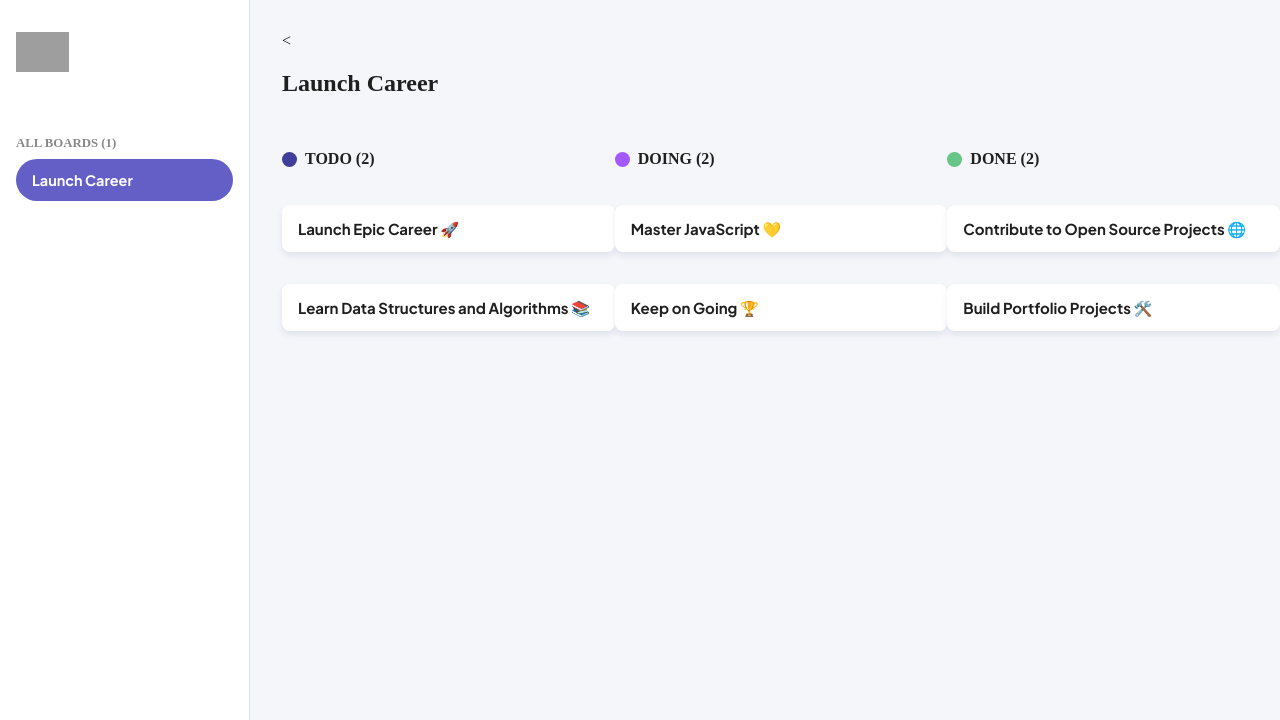
Repository: andajonas/ANDJON25111_fto2502_A2_Anda_Jonas_JSL01
Page: index.html
The author's editor kept a copy of each file at every save. The page is drawn from the files as they stood at one save, then again after a run of saves.
The browser window is 1280 px wide. The pictures show the whole page.
Pictures or frames that could not be fetched are drawn as grey boxes.

Above is the page before, as saved 2025-04-25 13:05:41.

### index.html
<html lang="en">
  <head>
    <meta charset="UTF-8" />
    <meta name="viewport" content="width=device-width, initial-scale=1.0" />
    <title>Kanban Board</title>
    <link rel="stylesheet" href="style.css" />
  </head>

  <body>
    <div class="kanban-container">
      <!-- Sidebar -->
      <nav class="sidebar">
        <div class="logo">
      <img src="assets/logo-light.svg" alt="Kanban logo">
        </div>
        <div class="board-list">
          <h4>ALL BOARDS (1)</h4>
          <button class="board-btn">Launch Career</button>
        </div>
      </nav>

      <!-- Main Board Section -->
      <div class="main-board">
        <
          <h2 class="board-title">Launch Career</h2>
        </header>

        <main class="columns">
          <!-- TO DO Column -->
          <div class="column">
            <div class="column-header">
              <span class="dot todo"></span>
              <h4>TODO (2)</h4>
            </div>
            <div class="card-container">
              <div class="card">Launch Epic Career 🚀</div>
              <div class="card">Learn Data Structures and Algorithms 📚</div>
            </div>
          </div>

          <!-- DOING Column -->
          <div class="column">
            <div class="column-header">
              <span class="dot doing"></span>
              <h4>DOING (2)</h4>
            </div>
            <div class="card-container">
              <div class="card">Master JavaScript 💛</div>
              <div class="card">Keep on Going 🏆</div>
            </div>
          </div>

          <!-- DONE Column -->
          <div class="column">
            <div class="column-header">
              <span class="dot done"></span>
              <h4>DONE (2)</h4>
            </div>
            <div class="card-container">
              <div class="card">Contribute to Open Source Projects 🌐</div>
              <div class="card">Build Portfolio Projects 🛠️</div>
            </div>
          </div>
        </main>
      </div>
    </div>
  </body>
</html>

### style.css
@import url('https://fonts.googleapis.com/css2?family=Plus+Jakarta+Sans:wght@400;700&display=swap');
/* Base Styles */
body {
    margin: 0;
    font-family: "inter" sans-serif;
    background-color: #f5f6fa;
    color: #1f1f1f;
  }

  .kanban-container {
    display: grid;
    grid-template-columns: 250px 1fr;
    height: 100vh;
  }

  /* Sidebar */
  .sidebar {
    background-color: white;
    padding: 2rem 1rem;
    border-right: 1px solid #e0e0e0;
  }

  .logo img {
    height: 40px; /* adjust to match the Figma scale */
    margin-bottom: 2rem; /* space below the logo before "ALL BOARDS" */
  }


  .board-list h4 {
    font-size: 0.8rem;
    font-weight: 600;
    color: #888;
    margin: 2rem 0 0.5rem;
  }
  .board-btn {
    background-color: #635FC7;         /* Purple background */
    color: white;                      /* White text */
    border: none;
    padding: 0.75rem 1rem;
    font-weight: 600;
    border-radius: 24px;               /* Fully rounded look */
    cursor: pointer;
    text-align: left;
    width: 100%;
    font-family: 'Plus Jakarta Sans', sans-serif;
    font-size: 0.9rem;
    transition: background-color 0.2s ease;
  }

  .board-btn:hover {
    background-color: #847fda;         /* Slightly lighter on hover */
  }

  /* Main Content */
  .main-board {
    padding: 2rem;
    overflow-x: auto;
  }

  .board-title {
    font-size: 1.5rem;
    font-weight: 600;
    margin-bottom: 2rem;
  }

  /* Columns Layout */
  .columns {
    display: grid;
    grid-template-columns: repeat(3, 1fr);
    gap: 2rem;
  }

  /* Column */
  .column {
    display: flex;
    flex-direction: column;
  }

  /* Column Header */
  .column-header {
    display: flex;
    align-items: center;
    gap: 0.5rem;
    font-weight: 600;
    margin-bottom: 1rem;
  }

  .dot {
    width: 15px;
    height: 15px;
    border-radius: 50%;
  }

  .dot.todo {
    background-color: #3f3f99;
  }

  .dot.doing {
    background-color: #a259ff;
  }

  .dot.done {
    background-color: #67c587;
  }

  /* Cards */
  .card-container {
    display: flex;
    flex-direction: column;
    gap: 1rem;
  }

  .card {
      font-family: 'Plus Jakarta Sans', sans-serif;
      font-weight: 700;
      font-size: 15px;
      line-height: 1;
      padding: 1rem;
      background-color: white;
      border-radius: 8px;
      box-shadow: 0px 4px 6px rgba(54, 78, 126, 0.1);
      margin-bottom: 1rem;
      width: 100%;
      max-width: 301px;
    }

After the next 2 saves:
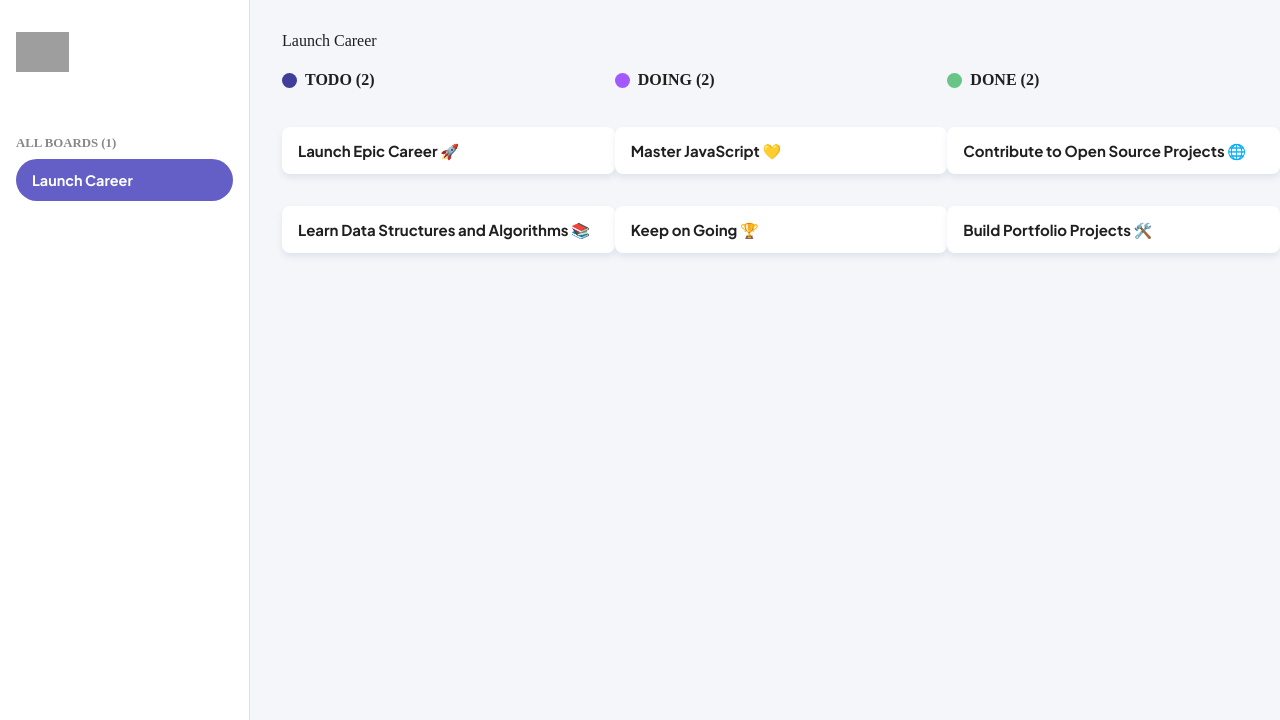
The 2 saves are shown as one change because they came seconds apart.
The last was saved 6 s later.
--- a/index.html
+++ b/index.html
@@ -21,7 +21,7 @@
 
       <!-- Main Board Section -->
       <div class="main-board">
-        <
+        <header class="board"
           <h2 class="board-title">Launch Career</h2>
         </header>
 
